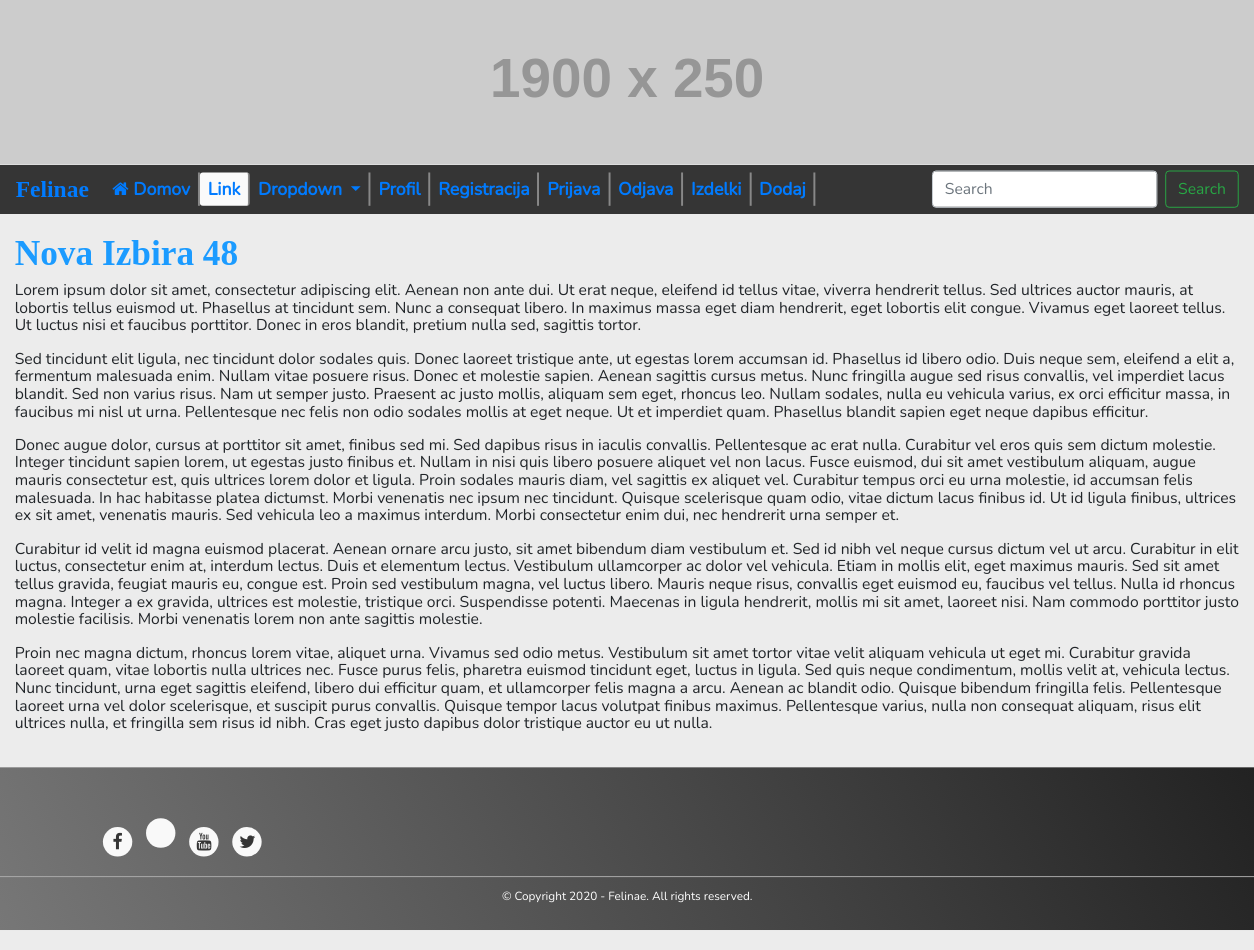
Repository: UrbyK/Felinae
Page: http://localhost/index.php?page=home
The author's editor kept a copy of each file at every save. The page is drawn from the files as they stood at one save, then again after the next save.
The browser window is 1280 px wide. The pictures show the whole page, at 98% of full size.
Some web fonts or font styles are not loaded; a fallback is used. The page is run by PHP 8.4 with error messages shown; the project is at /var/www/html/.

Above is the page before, as saved 2020-08-29 19:20:52.

After the next save:
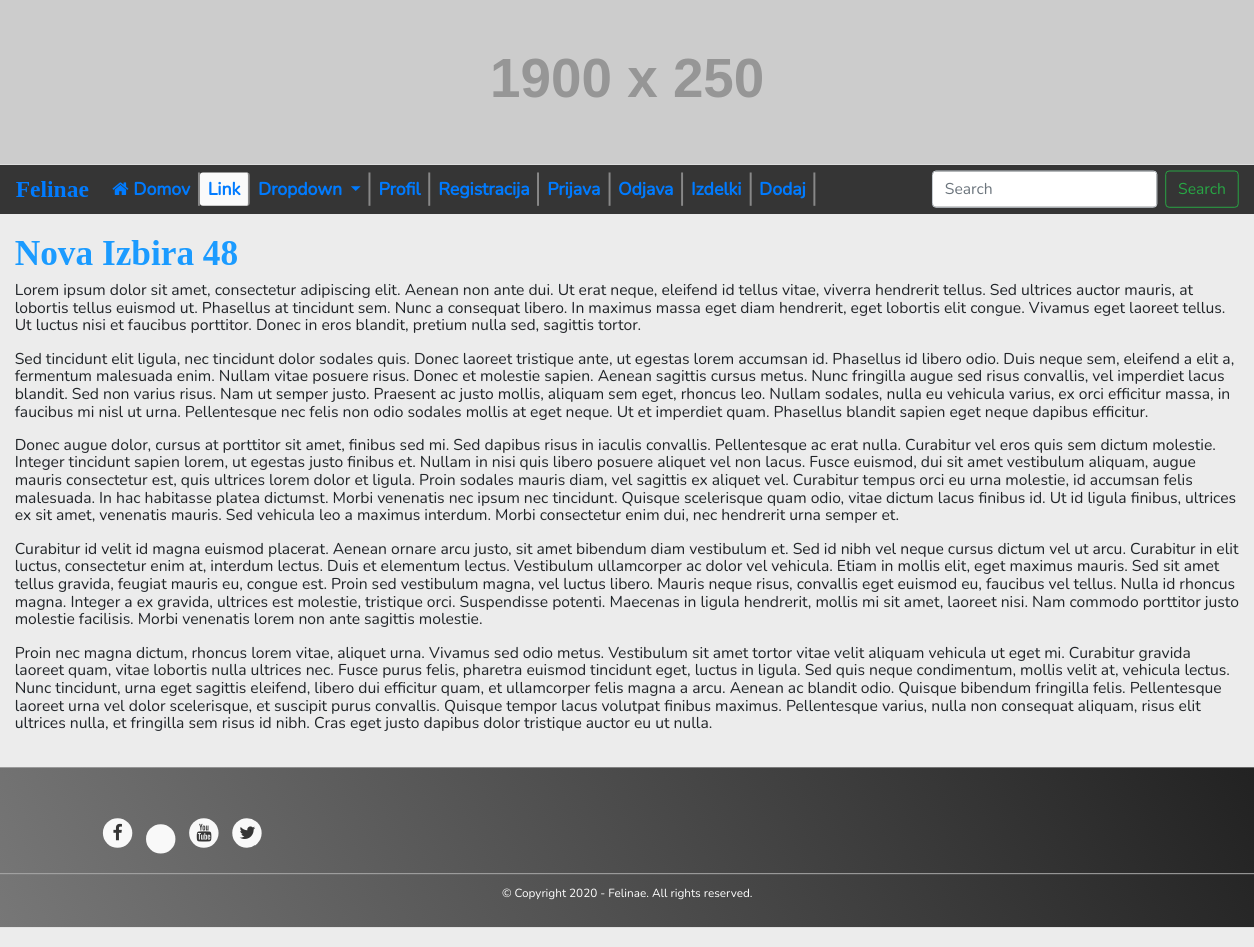
Saved 19 s later.
--- a/footer.php
+++ b/footer.php
@@ -7,7 +7,7 @@
                         <div class="col-12">
                             <ul class="social-network social-circle">
                                 <li><a href="https://www.facebook.com" target="_blank" class="icoFacebook" title="Facebook"><i class="fa fa-facebook-f"></i></a></li>
-                                <li><a href="https://www.linkedin.com" target="_blank" class="icoLinkedin" title="Linkedin"><i class="fab fa-linkedin-in"></i></a></li>
+                                <li><a href="https://www.linkedin.com" target="_blank" class="icoLinkedin" title="Linkedin"><i class="fa fa-linkedin-in"></i></a></li>
                                 <li><a href="https://www.youtube.com" target="_blank" class="icoYoutube" title="Youtube"><i class="fa fa-youtube"></i></a></li>
                                 <li><a href="https://twitter.com" target="_blank" class="icoTwitter" title="Twitter"><i class="fa fa-twitter"></i></a></li>
                             </ul>
